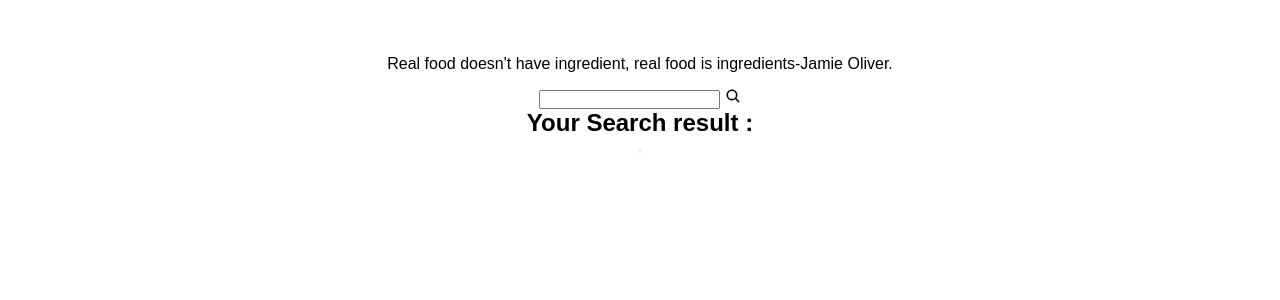
Repository: andrewhuynh561/javascipt
Page: Day 1/index.html
These files come from the project's save history. The page is drawn as it stood at one moment and after the next save; the edit follows.
The browser window is 1280 px wide. The pictures show the whole page.

Above is the page before, as saved 2023-05-17 21:44:05.

### Day 1/index.html
<!DOCTYPE html>
<html lang="en">
<head>
    <meta charset="UTF-8">
    <meta http-equiv="X-UA-Compatible" content="IE=edge">
    <meta name="viewport" content="width=device-width, initial-scale=1.0">
    <title>Find Meal For Your Ingredient</title>
    <link rel="stylesheet" href="style.css">
    <link rel="preconnect" href="https://fonts.googleapis.com">
    <link rel="preconnect" href="https://fonts.gstatic.com" crossorigin>
    <script type="module" src="https://unpkg.com/ionicons@7.1.0/dist/ionicons/ionicons.esm.js"></script>
    <script nomodule src="https://unpkg.com/ionicons@7.1.0/dist/ionicons/ionicons.js"></script>
    <link href="https://fonts.googleapis.com/css2?family=Rubik:ital,wght@0,300;0,500;0,600;1,300&display=swap" rel="stylesheet">
</head>
<body>
    <div class="container">
        <div class="meal-wrapper">
            <p>Real food doesn't have ingredient, real food is ingredients-Jamie Oliver.</p>
            <div class="search-bar">
                <input type="search" class="search">
                <ion-icon name="search"></ion-icon>
            </div>
        </div>
        <div class="meal-result">
            <h2 class="title">Your Search result :</h2>
            <div class="meal" id="meal">
                <!-- meal item -->
          <!-- <div class = "meal-item">
            <div class = "meal-img">
              <img src = "food.jpg" alt = "food">
            </div>
            <div class = "meal-name">
              <h3>Potato Chips</h3>
              <a href = "#" class = "recipe-btn">Get Recipe</a>
            </div>
          </div> -->
          <!-- end of meal item -->
            </div>
            <div class="meal-detail" id="meal-detail">
                <button class="btn ">

                </button>

                <div class="meal-content">
                    <!-- <h2 class = "recipe-title">Meals Name Here</h2>
          <p class = "recipe-category">Category Name</p>
          <div class = "recipe-instruct">
            <h3>Instructions:</h3>
            <p>Lorem ipsum, dolor sit amet consectetur adipisicing elit. Quo blanditiis quis accusantium natus! Porro, reiciendis maiores molestiae distinctio veniam ratione ex provident ipsa, soluta suscipit quam eos velit autem iste!</p>
            <p>Lorem ipsum dolor sit amet consectetur adipisicing elit. Amet aliquam voluptatibus ad obcaecati magnam, esse numquam nisi ut adipisci in?</p>
          </div>
          <div class = "recipe-meal-img">
            <img src = "food.jpg" alt = "">
          </div>
          <div class = "recipe-link">
            <a href = "#" target = "_blank">Watch Video</a>
          </div> -->
                </div>
            </div>
        </div>
    </div>

<script src="app.js"></script>
</body>
</html>

### Day 1/style.css
*{
    margin: 0;
    padding: 0;
    box-sizing: border-box;
}
body {
    font-family: "Poppins", sans-serif;
    padding: 20px;
  }
:root{
    --tenne-tawny: #d65108;
    --tenne-tawny-dark: #b54507;
}
.container{
    max-width: 1200px;
    margin: 0 auto;
    text-align: center;
    padding-top: 35px;

}
p{
    padding-bottom: 15px;
}

Loaded but not shown: Day 1/app.js (no copy from this time; the picture is the same without it)

After the next save:
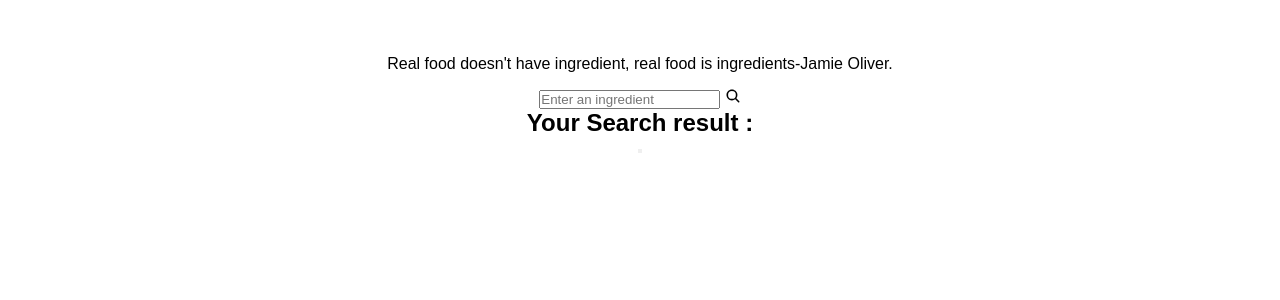
Saved 53 s later.
--- a/Day 1/index.html
+++ b/Day 1/index.html
@@ -17,7 +17,7 @@
         <div class="meal-wrapper">
             <p>Real food doesn't have ingredient, real food is ingredients-Jamie Oliver.</p>
             <div class="search-bar">
-                <input type="search" class="search">
+                <input type = "text" class = "search-control" placeholder="Enter an ingredient" id = "search-input">
                 <ion-icon name="search"></ion-icon>
             </div>
         </div>
